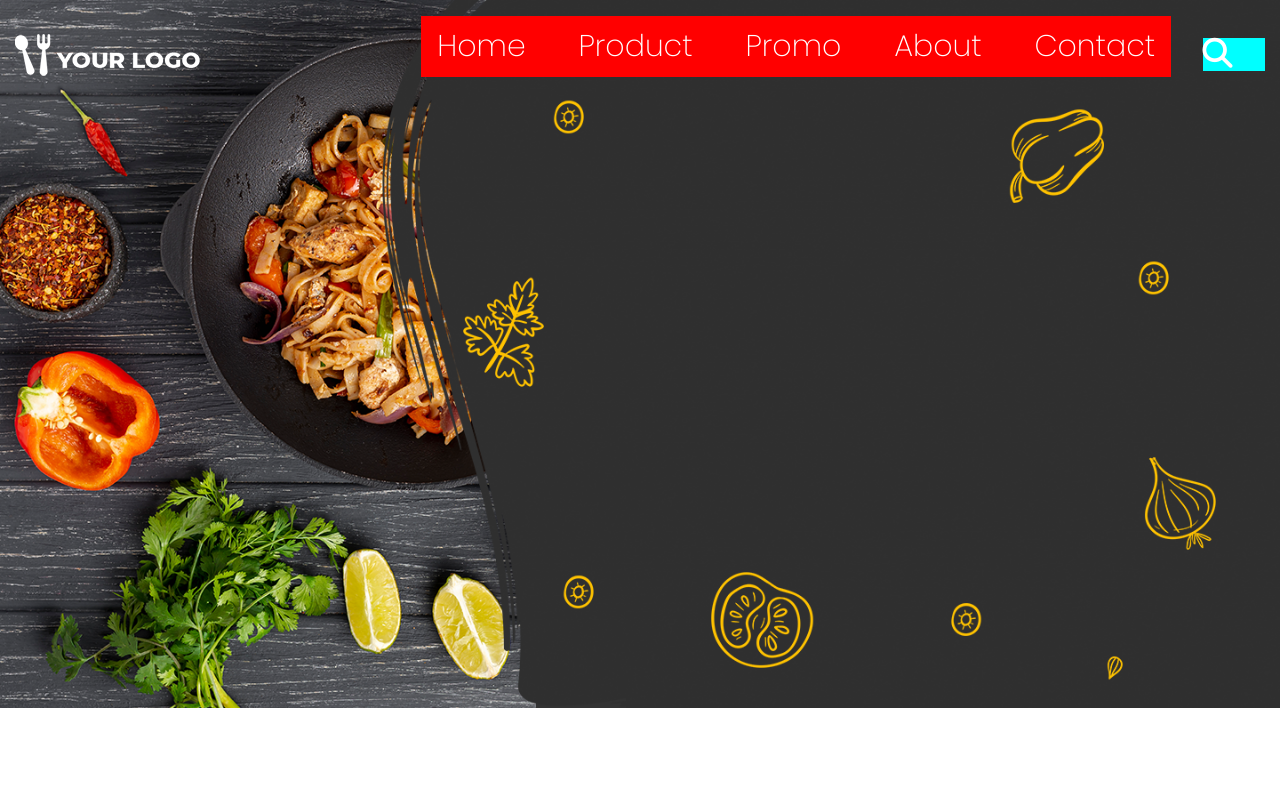
Repository: iphoneboy46/templateRestaurent
Page: index.html
These files come from the project's save history. The page is drawn as it stood at one moment and after the next save; the edit follows.
The browser window is 1280 px wide. The pictures show the whole page.

Above is the page before, as saved 2022-10-12 14:41:00.

### index.html
<!DOCTYPE html>
<html lang="en">

<head>
    <meta charset="UTF-8">
    <meta http-equiv="X-UA-Compatible" content="IE=edge">
    <meta name="viewport" content="width=device-width, initial-scale=1.0">
    <link rel="stylesheet" href="https://cdn.jsdelivr.net/npm/bootstrap@4.3.1/dist/css/bootstrap.min.css"
        integrity="sha384-ggOyR0iXCbMQv3Xipma34MD+dH/1fQ784/j6cY/iJTQUOhcWr7x9JvoRxT2MZw1T" crossorigin="anonymous">
    <script src="https://code.jquery.com/jquery-3.3.1.slim.min.js"
        integrity="sha384-q8i/X+965DzO0rT7abK41JStQIAqVgRVzpbzo5smXKp4YfRvH+8abtTE1Pi6jizo"
        crossorigin="anonymous"></script>
    <script src="https://cdn.jsdelivr.net/npm/popper.js@1.14.7/dist/umd/popper.min.js"
        integrity="sha384-UO2eT0CpHqdSJQ6hJty5KVphtPhzWj9WO1clHTMGa3JDZwrnQq4sF86dIHNDz0W1"
        crossorigin="anonymous"></script>
    <script src="https://cdn.jsdelivr.net/npm/bootstrap@4.3.1/dist/js/bootstrap.min.js"
        integrity="sha384-JjSmVgyd0p3pXB1rRibZUAYoIIy6OrQ6VrjIEaFf/nJGzIxFDsf4x0xIM+B07jRM"
        crossorigin="anonymous"></script>
    <link rel="stylesheet" href="https://cdnjs.cloudflare.com/ajax/libs/font-awesome/6.2.0/css/all.min.css"
        integrity="sha512-xh6O/CkQoPOWDdYTDqeRdPCVd1SpvCA9XXcUnZS2FmJNp1coAFzvtCN9BmamE+4aHK8yyUHUSCcJHgXloTyT2A=="
        crossorigin="anonymous" referrerpolicy="no-referrer" />
    <link rel="stylesheet" href="style.css">
    <title>Document</title>
</head>

<body>
    <header class="header container-fluid">
        <nav class="menu__list pt-3">
           <div class="logo">
                <a class="navbar-brand">
                    <img src="images/logo.png" alt="">
                </a>
           </div>
            <ul class="menu__items">
                <li class="nav-item">
                    <a class="nav-link text-white" href="#">Home</a>
                </li>
                <li class="nav-item">
                    <a class="nav-link text-white" href="#">Product</a>
                </li>
                <li class="nav-item">
                    <a class="nav-link text-white" href="#">Promo</a>
                </li>
                <li class="nav-item">
                    <a class="nav-link text-white" href="#">About</a>
                </li>
                <li class="nav-item">
                    <a class="nav-link text-white" href="#">Contact</a>
                </li>
            </ul>
            <div class="item--search">
                <i class="fa-solid fa-magnifying-glass"></i>
            </div>
        </nav>
    </header>
</body>

</html>

### style.css
@import url('https://fonts.googleapis.com/css2?family=Poppins:wght@200&display=swap');
* {
    padding: 0;
    margin: 0;
    box-sizing: border-box;
    font-family: 'Poppins', sans-serif;
    text-decoration: none;
    list-style: none;
}

.logo{
    width: 30%;
}

.header{
    background-image: url(images/header.png);
    width: 100%;
    height:800px;
    background-size: 100%;
    background-repeat: no-repeat;
}

.menu__list{
    display: flex;
    justify-content: space-between;
    align-items: center;
}

.menu__items{
    display: flex;
    justify-content: space-between;
    align-items: center;
    width: 60%;
    background-color: red;
}

.menu__items li a{
    font-size: 30px;
}


.item--search{
    width: 5%;
    background-color: aqua;
}

.item--search i{
    color: white;
    font-size: 30px;
}

After the next save:
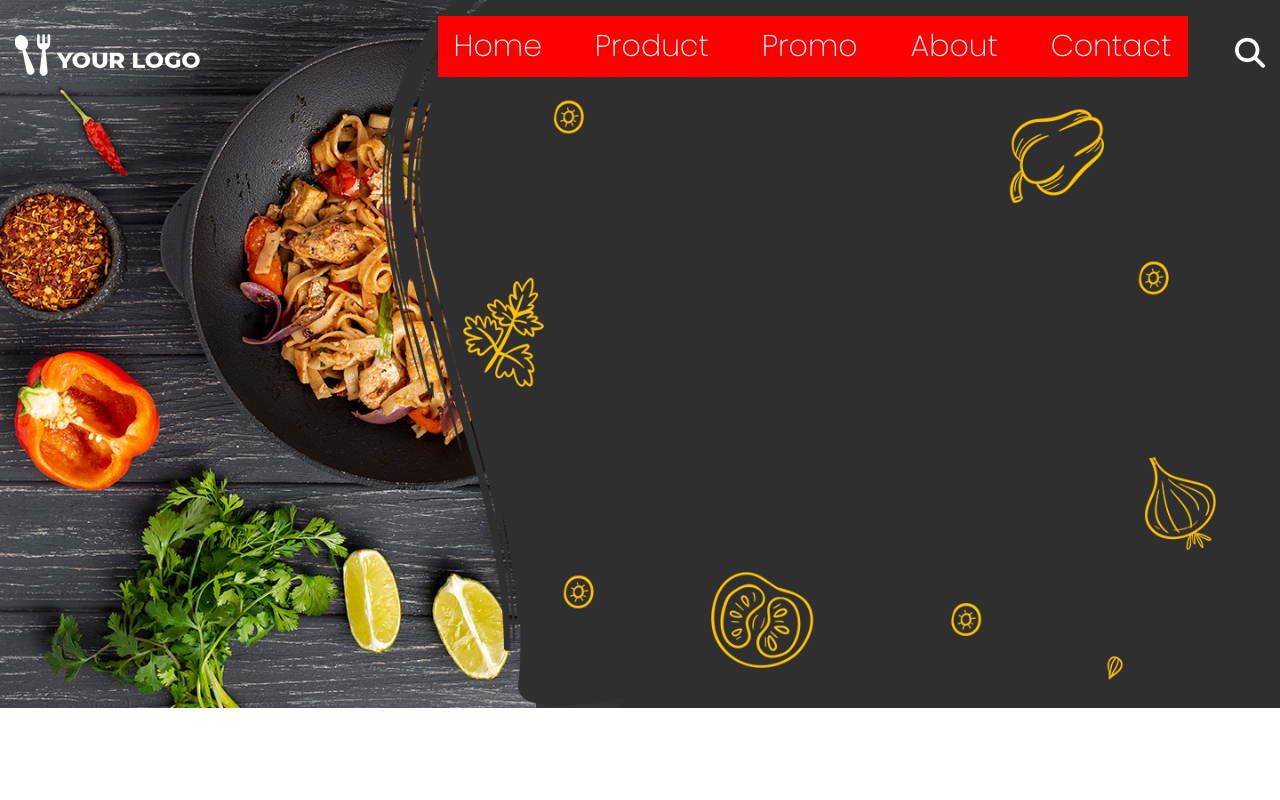
Saved 17 s later.
--- a/style.css
+++ b/style.css
@@ -39,11 +39,6 @@
 }
 
 
-.item--search{
-    width: 5%;
-    background-color: aqua;
-}
-
 .item--search i{
     color: white;
     font-size: 30px;
